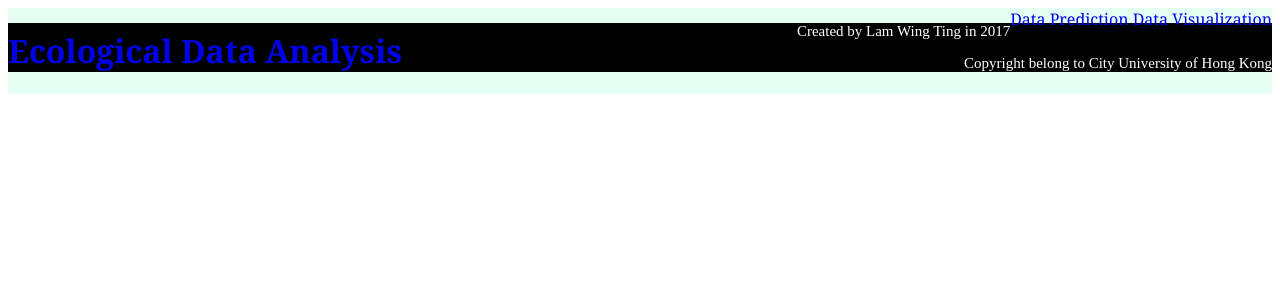
Repository: JenniferLam/FYP
Page: http://localhost/FYP_webapp/prediction/dataPred.html
The author's editor kept a copy of each file at every save. The page is drawn from the files as they stood at one save, then again after the next save.
The browser window is 1280 px wide. The pictures show the whole page.
The page is served by Tomcat 9.

Above is the page before, as saved 2018-01-29 22:15:26.

After the next save:
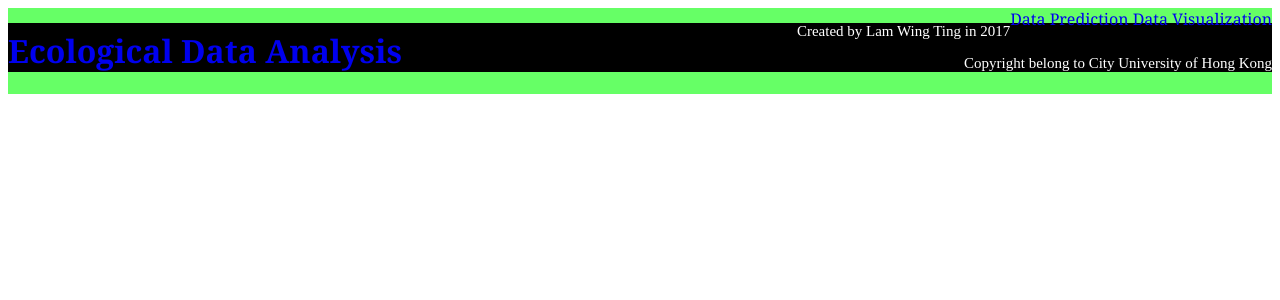
Saved 48 s later.
--- a/WebAppDev/FYP_webapp/WebContent/common.css
+++ b/WebAppDev/FYP_webapp/WebContent/common.css
@@ -12,7 +12,7 @@ a:visited
 #header{
 	width:100%;
 	display:inline-block;
-	background-color: rgb(230, 255, 245);
+	background-color: rgb(102, 255, 102);
 }
 nav{
 	display:inline;
